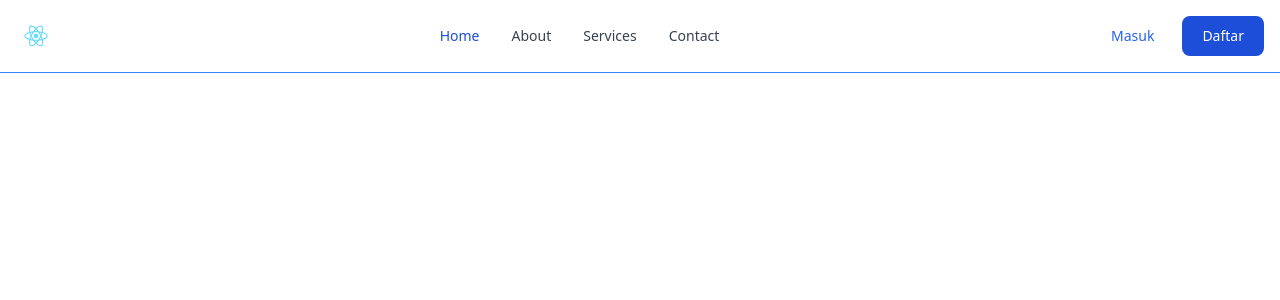
Repository: farrelmuhammad/arkademi-test
Page: /
The author's editor kept a copy of each file at every save. The page is drawn from the files as they stood at one save, then again after the next save.
The browser window is 1280 px wide. The pictures show the whole page.
The project was rebuilt for these pictures with package versions that can differ from the ones it lists, and the page was loaded fresh each time. Also part of the build but not shown: src/App.css.

Above is the page before, as saved 2022-12-28 21:36:18.

### src/App.js
import logo from './logo.svg';
import './App.css';
import Home from './pages/Home';

function App() {
  return (
    <>
      <Home />
    </>
  );
}

export default App;

### src/pages/Home.jsx
import React from "react";
import Navbar from "../components/Navbar";

const Home = () => {
  return (
    <>
      <Navbar />
    </>
  );
};

export default Home;

### src/components/Navbar.jsx
import React from "react";
import Logo from "../assets/Logo.svg";

const Navbar = () => {
  return (
    <>
      <nav class="bg-white px-2 sm:px-4 py-2.5 dark:bg-blue-500 fixed w-full z-20 top-0 left-0 border-b border-blue-500 dark:border-blue-500">
        <div class="container flex flex-wrap items-center justify-between mx-auto">
          <a href="https://flowbite.com/" class="flex items-center">
            <img src={Logo} className="h-6 w-10 mr-3 sm:h-9" alt="Arkademi Logo" />
          </a>
          <div class="flex gap-2 md:order-2">
            <button
              type="button"
              class="text-blue-600 bg-white hover:bg-blue-800 focus:ring-4 focus:outline-none focus:ring-blue-300 font-medium rounded-lg text-sm px-5 py-2.5 text-center mr-3 md:mr-0 dark:bg-white dark:hover:bg-blue-700 dark:focus:ring-blue-800"
            >
              Masuk
            </button>
            <button
              type="button"
              class="text-white bg-blue-700 hover:bg-blue-800 focus:ring-4 focus:outline-none focus:ring-blue-300 font-medium rounded-lg text-sm px-5 py-2.5 text-center mr-3 md:mr-0 dark:bg-blue-500 dark:hover:bg-blue-700 dark:focus:ring-blue-800"
            >
              Daftar
            </button>
            <button
              data-collapse-toggle="navbar-sticky"
              type="button"
              class="inline-flex items-center p-2 text-sm text-gray-500 rounded-lg md:hidden hover:bg-gray-100 focus:outline-none focus:ring-2 focus:ring-gray-200 dark:text-gray-400 dark:hover:bg-gray-700 dark:focus:ring-gray-600"
              aria-controls="navbar-sticky"
              aria-expanded="false"
            >
              <span class="sr-only">Open main menu</span>
              <svg
                class="w-6 h-6"
                aria-hidden="true"
                fill="currentColor"
                viewBox="0 0 20 20"
                xmlns="http://www.w3.org/2000/svg"
              >
                <path
                  fill-rule="evenodd"
                  d="M3 5a1 1 0 011-1h12a1 1 0 110 2H4a1 1 0 01-1-1zM3 10a1 1 0 011-1h12a1 1 0 110 2H4a1 1 0 01-1-1zM3 15a1 1 0 011-1h12a1 1 0 110 2H4a1 1 0 01-1-1z"
                  clip-rule="evenodd"
                ></path>
              </svg>
            </button>
          </div>
          <div
            class="items-center justify-between hidden w-full md:flex md:w-auto md:order-1"
            id="navbar-sticky"
          >
            <ul class="flex flex-col p-4 mt-4 border border-gray-100 rounded-lg bg-gray-50 md:flex-row md:space-x-8 md:mt-0 md:text-sm md:font-medium md:border-0 md:bg-white dark:bg-gray-800 md:dark:bg-gray-900 dark:border-gray-700">
              <li>
                <a
                  href="#"
                  class="block py-2 pl-3 pr-4 text-white bg-blue-700 rounded md:bg-transparent md:text-blue-700 md:p-0 dark:text-white"
                  aria-current="page"
                >
                  Home
                </a>
              </li>
              <li>
                <a
                  href="#"
                  class="block py-2 pl-3 pr-4 text-gray-700 rounded hover:bg-gray-100 md:hover:bg-transparent md:hover:text-blue-700 md:p-0 md:dark:hover:text-white dark:text-gray-400 dark:hover:bg-gray-700 dark:hover:text-white md:dark:hover:bg-transparent dark:border-gray-700"
                >
                  About
                </a>
              </li>
              <li>
                <a
                  href="#"
                  class="block py-2 pl-3 pr-4 text-gray-700 rounded hover:bg-gray-100 md:hover:bg-transparent md:hover:text-blue-700 md:p-0 md:dark:hover:text-white dark:text-gray-400 dark:hover:bg-gray-700 dark:hover:text-white md:dark:hover:bg-transparent dark:border-gray-700"
                >
                  Services
                </a>
              </li>
              <li>
                <a
                  href="#"
                  class="block py-2 pl-3 pr-4 text-gray-700 rounded hover:bg-gray-100 md:hover:bg-transparent md:hover:text-blue-700 md:p-0 md:dark:hover:text-white dark:text-gray-400 dark:hover:bg-gray-700 dark:hover:text-white md:dark:hover:bg-transparent dark:border-gray-700"
                >
                  Contact
                </a>
              </li>
            </ul>
          </div>
        </div>
      </nav>

      {/* <nav className="bg-white border-blue-500 dark:bg-blue-500">
        <div className="flex flex-wrap justify-between items-center mx-auto max-w-screen-xl px-4 md:px-6 py-2.5">
          <a href="https://flowbite.com" className="flex items-center">
            <img src={Logo} className="h-6 mr-3 sm:h-9" alt="Arkademi Logo" />
          </a>
          <div className="h-12 bg-white rounded-2xl py-3 px-6 text-neutral-3 flex lg:bg-[#EEEEEE]">
            <input
              className="w-full h-full bg-transparent focus:outline-none"
              placeholder="Cari di sini ..."
            />
            <FiSearch className="text-2xl" />
          </div>

          <div className="flex items-center">
            <a
              href="tel:5541251234"
              className="mr-6 text-sm font-medium text-gray-500 dark:text-white hover:underline"
            >
              (555) 412-1234
            </a>
            <a
              href="#"
              className="text-sm font-medium text-gray-600 dark:text-white hover:underline"
            >
              Login
            </a>
          </div>
        </div>
      </nav>
      <nav className="bg-white dark:bg-white">
        <div className="max-w-screen-xl px-4 py-3 mx-auto md:px-6">
          <div className="flex items-center">
            <ul className="flex flex-row mt-0 mr-6 space-x-8 text-sm font-medium">
              <li>
                <a
                  href="#"
                  className="text-gray-900 dark:text-dark hover:underline"
                  aria-current="page"
                >
                  Bisnis
                </a>
              </li>
              <li>
                <a
                  href="#"
                  className="text-gray-900 dark:text-dark hover:underline"
                >
                  Keuangan
                </a>
              </li>
              <li>
                <a
                  href="#"
                  className="text-gray-900 dark:text-dark hover:underline"
                >
                  Pengembangan Karier
                </a>
              </li>
              <li>
                <a
                  href="#"
                  className="text-gray-900 dark:text-dark hover:underline"
                >
                  Sertifikasi
                </a>
              </li>
              <li>
                <a
                  href="#"
                  className="text-gray-900 dark:text-dark hover:underline"
                >
                  Teknologi
                </a>
              </li>
              <li>
                <a
                  href="#"
                  className="text-gray-900 dark:text-dark hover:underline"
                >
                  Bahasa
                </a>
              </li>
              <li>
                <a
                  href="#"
                  className="text-gray-900 dark:text-dark hover:underline"
                >
                  Korporat
                </a>
              </li>
              <li>
                <a
                  href="#"
                  className="text-gray-900 dark:text-dark hover:underline"
                >
                  Hobi
                </a>
              </li>
            </ul>
          </div>
        </div>
      </nav> */}
    </>
  );
};

export default Navbar;

Loaded but not shown: public/index.html (common file); src/index.js (common file); src/index.css (common file); src/reportWebVitals.js (common file); tailwind.config.js (common file)

After the next save:
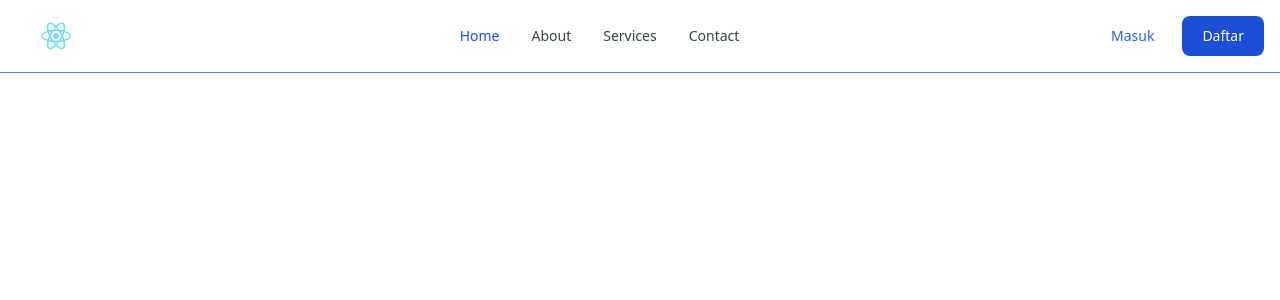
Saved 5 s later.
--- a/src/components/Navbar.jsx
+++ b/src/components/Navbar.jsx
@@ -7,7 +7,7 @@
       <nav class="bg-white px-2 sm:px-4 py-2.5 dark:bg-blue-500 fixed w-full z-20 top-0 left-0 border-b border-blue-500 dark:border-blue-500">
         <div class="container flex flex-wrap items-center justify-between mx-auto">
           <a href="https://flowbite.com/" class="flex items-center">
-            <img src={Logo} className="h-6 w-10 mr-3 sm:h-9" alt="Arkademi Logo" />
+            <img src={Logo} className="h-6 w-20 mr-3 sm:h-9" alt="Arkademi Logo" />
           </a>
           <div class="flex gap-2 md:order-2">
             <button
